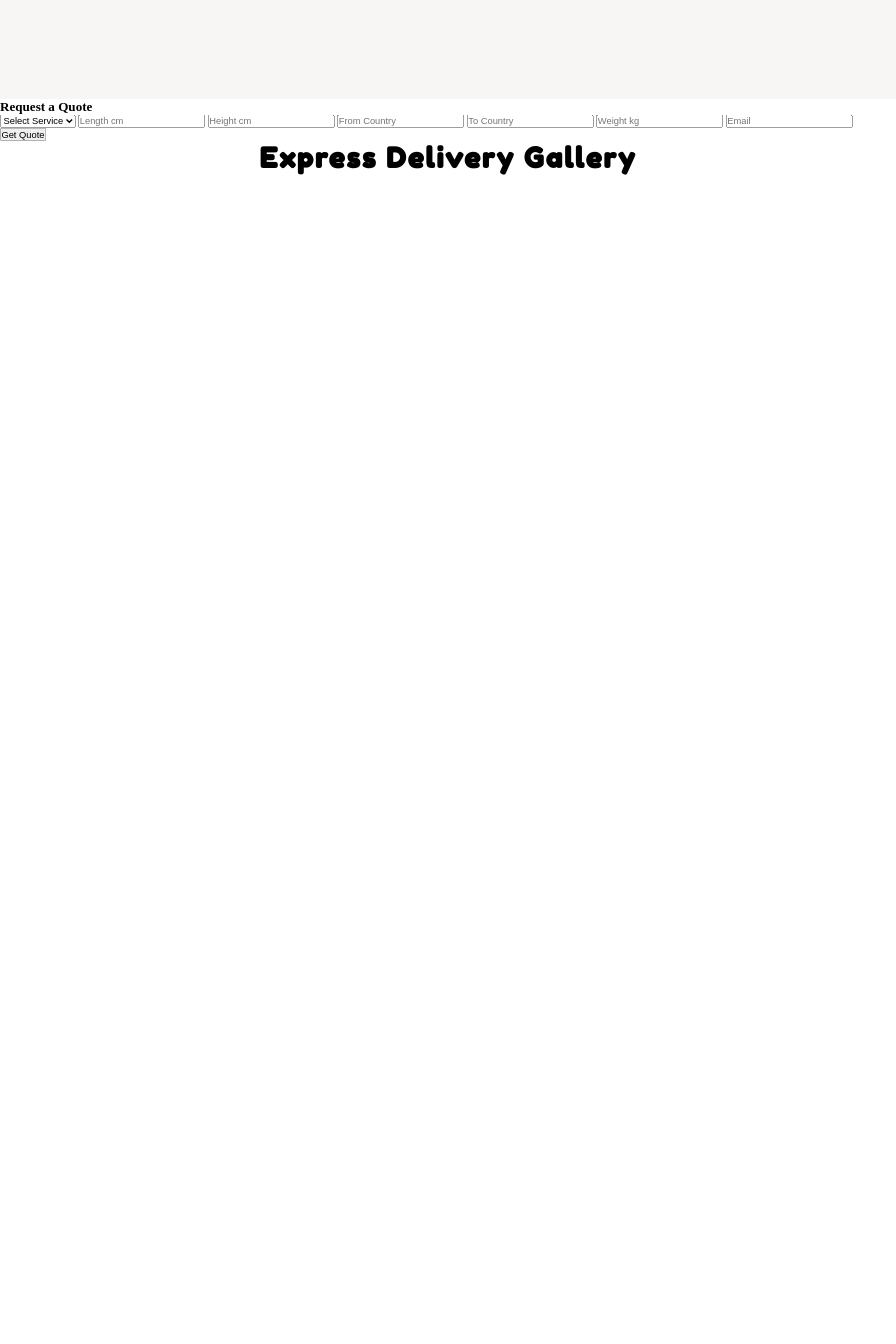
Repository: just-mann/express-delivery
Page: index.html
An editor plug-in stored every save of this project. The page is shown before and after the next save, followed by the edit.
The browser window is 1280 px wide. The pictures show the part of the page from y = 1301 to 3221 px (the page is 4295 px tall before and 3039 px after), at 70% of full size.
The style sheet was rebuilt from its Sass, Less or Tailwind sources for each picture, by a compiler version that may differ from the author's.

Above is the page before, as saved 2021-06-30 15:42:36.

### index.html
<!DOCTYPE html>
<html lang="en">
<head>
    <meta charset="UTF-8">
    <meta http-equiv="X-UA-Compatible" content="IE=edge">
    <meta name="viewport" content="width=device-width, initial-scale=1.0">
    <meta name="author" content="Justin Kollie">
    <meta name="description" content="Reliable shipping solutions across the U.S.">
    <link rel="stylesheet" href="/css/style.css">
    <link rel="stylesheet" href="https://cdnjs.cloudflare.com/ajax/libs/font-awesome/5.15.3/css/all.min.css" referrerpolicy="no-referrer" />
    <title>Express Delivery | Your trusted delivery system</title>
</head>
<body id="top">
    <header>
        <div class="top-section">
            <p><i class="fas fa-headphones"></i> 401 123 4567</p>
            <p class="emailAdd"><i class="fas fa-envelope"></i> expressdelivery@email.com</p>
            <p><i class="fas fa-map-marker-alt"></i> Providence, RI</p>
        </div>
        <nav>
            <a href="#" class="logo"><span>Express</span>Delivery</a>
            <div class="nav__links">
                <a href="#">Home</a>
                <a href="#">About</a>
                <a href="#">Services</a>
                <a class="quoteGet" href="#contact-us">Get a Quote</a>
            </div>
        </nav>
        <section class="hero__div">
            <div class="hero__section">
                <div class="hero__overlay">
                    <h2>Express Delivery</h2>
                    <p class="firstPara">Lorem ipsum, dolor sit amet consectetur adipisicing elit. Cumque, numquam.</p>
                    <p class="secondPara">Lorem ipsum dolor sit amet.</p>
                    <a href="#aboutUs">Scroll Down</a>
                </div>
            </div>
        </section>
    </header>
    <section class="product__description">

    </section>
    <section class="aboutUs" id="aboutUs">
        <h3>About Express Delivery</h3>
        <p>
            Lorem ipsum dolor sit amet consectetur adipisicing elit.
            Repellat consectetur alias sed dolores aspernatur asperiores!
        </p>
        <div class="about__card-div">
            <div class="card">
                <div class="imgDiv">
                    <img src="/images/container_ship.jpg" alt="card1">
                </div>
                <div>
                    <h4>Lorem ipsum dolor sit.</h4>
                    <h6>Lorem, ipsum.</h6>
                    <p>
                        Lorem ipsum dolor sit amet, consectetur adipisicing elit.
                        Laboriosam a excepturi minima tenetur error magnam incidunt
                        et expedita quo eveniet maxime sint, placeat modi nemo!
                    </p>
                </div>
            </div>
            <div class="card">
                <div class="imgDiv">
                    <img src="/images/container_ship.jpg" alt="card1">
                </div>
                <div>
                    <h4>Lorem ipsum dolor sit.</h4>
                    <h6>Lorem, ipsum.</h6>
                    <p>
                        Lorem ipsum dolor sit amet, consectetur adipisicing elit.
                        Laboriosam a excepturi minima tenetur error magnam incidunt
                        et expedita quo eveniet maxime sint, placeat modi nemo!
                    </p>
                </div>
            </div>
            <div class="card">
                <div class="imgDiv">
                    <img src="/images/container_ship.jpg" alt="card1">
                </div>
                <div>
                    <h4>Lorem ipsum dolor sit.</h4>
                    <h6>Lorem, ipsum.</h6>
                    <p>
                        Lorem ipsum dolor sit amet, consectetur adipisicing elit.
                        Laboriosam a excepturi minima tenetur error magnam incidunt
                        et expedita quo eveniet maxime sint, placeat modi nemo!
                    </p>
                </div>
            </div>
        </div>
    </section>
    <section class="contact" id="contact-us">
        <h3>Request a Quote</h3>
        <form action="">
            <select name="services" id="services">
                <option>Select Service</option>
                <option value="service1">Service 1</option>
                <option value="service2">Service 2</option>
                <option value="service3">Service 3</option>
                <option value="service4">Service 4</option>
            </select>
            <input type="text" placeholder="Length cm">
            <input type="text" placeholder="Height cm">
            <input type="text" name="country-from" id="country-from" placeholder="From Country">
            <input type="text" name="country-to" id="country-to" placeholder="To Country">
            <input type="text" name="weight" id="weight" placeholder="Weight kg">
            <input type="email" name="email" id="email" placeholder="Email">
            <input type="submit" value="Get Quote">
        </form>
    </section>
    <section class="gallery">
        <h3>Express Delivery Gallery</h3>
        <div class="gallery__div">
            <li><img src="https://placehold.co/150x150"></li>
            <li><img src="https://placehold.co/150x150"></li>
            <li><img src="https://placehold.co/150x150"></li>
            <li><img src="https://placehold.co/150x150"></li>
            <li><img src="https://placehold.co/150x150"></li>
            <li><img src="https://placehold.co/150x150"></li>
            <li><img src="https://placehold.co/150x150"></li>
            <li><img src="https://placehold.co/150x150"></li>
            <li><img src="https://placehold.co/150x150"></li>
            <li><img src="https://placehold.co/150x150"></li>
            <li><img src="https://placehold.co/150x150"></li>
            <li><img src="https://placehold.co/150x150"></li>
            <!-- <li><img src="https://placehold.co/10x10"></li> -->
        </div>
    </section>
    <footer class="footer">
        <section class="footer__top">
            <div class="usefulLinks">
                <h4>Useful Links</h4>
                <li>Home</li>
                <li>About Us</li>
                <li>Services</li>
                <li>Contact Us</li>
            </div>
            <div>
                <h3>Express Delivery</h3>
                <p>
                    Lorem ipsum dolor sit amet consectetur adipisicing elit. Ab, at!
                </p>
                <div class="social__links">
                    <a href="#"><i class="fab fa-facebook-f"></i></a>
                    <a href="#"><i class="fab fa-instagram"></i></a>
                    <a href="#"><i class="fab fa-whatsapp"></i></a>
                </div>
            </div>
        </section>
        <section class="footer__bottom">
            <p>Copyright&copy Express Delivery | All Rights Reserved</p>
        </section>
    </footer>
</body>
</html>

### Sass/style.scss
@import 'reset';
@import 'default__styles';
@import 'mixins';

body {
    position: relative;
}


header {
    .top-section {
        background: $secondary__color;
        color: $light__white;
        display: flex;
        justify-content: flex-start;
        align-items: center;
        // padding: 15px 0px;
        @include my_container;
        height: 45px;

        p {
            font-family: $third__font;
            font-size: 0.87rem;
            color: $dark__white;
            letter-spacing: 0.3px;
            margin: 0 10px;

            .emailAdd {
                border-left: 1px solid red;
                border-right: 1px solid red;
            }

            i {
                transition: 0.7s;
            }



            &:hover {
                i {
                    color: $primary__color;
                }
            }
        }
    }

    nav {
        // position: sticky;
        // top: 0;
        // left: 0;
        @include my_container;
        width: 100%;
        height: 95px;
        // padding: 0px 35px;
        background: $light__white;
        display: flex;
        justify-content: space-between;
        align-items: center;

        .logo {
            font-size: 2.3rem;
            color: $primary__color;
            font-weight: 450;
            letter-spacing: 1px;
            font-family: $primary__font;
            span {
                color: $secondary__color;
            }
        }

        .nav__links {
            a {
                color: $secondary__color;
                font-size: 1rem;
                margin: 0 15px;
                transition: 0.5s;
                font-family: $secondary__font;
                font-weight: 150;
                letter-spacing: 0.5px;

                &:hover {
                    color: $primary__color;
                }

            }

            .quoteGet {
                @include btn_style;
            }
        }
    }

    .hero__div {
        height: 90vh;
        z-index: 0;
        .hero__section {
            width: 100%;
            height: 100%;
            display: flex;
            justify-content: center;
            align-items: center;
            background: url('/images/heroImg.jpg') no-repeat center center / cover;

            .hero__overlay {
                // display: none;
                background: rgba(0, 0, 0, 0.678);
                height: 100%;
                width: 100%;
                display: flex;
                align-items: center;
                justify-content: center;
                flex-direction: column;
                color: $light__white;
                text-align: center;

                h2 {
                    font-size: 5rem;
                    margin-top: 30px;
                    font-family: $secondary__font;
                    font-weight: 90;
                }

                .firstPara {
                    font-family: $third__font;
                    font-size: 1.2rem;
                    font-weight: 300;
                    line-height: 1.4em;
                    margin: 30px 0px 6px 0px;
                    color: $dark__white;
                }
                .secondPara {
                    font-family: $third__font;
                    font-size: 1rem;
                    font-weight: 300;
                    line-height: 1.4em;
                    margin: 5px 0px;
                    color: $dark__white;
                }

                a {
                    @include btn_style;
                    margin: 80px 0px 5px 0px;
                }
            }
        }
    }
}





// About Us
.aboutUs {
    // @include my_container;
    max-width: 100%;
    min-height: 50vh;
    text-align: center;
    margin: 0px auto;
    padding-top: 30px;
    padding-bottom: 15px;
    background: rgb(248, 245, 245);

    h3 {

    }

    p {

    }

    .about__card-div {
        // background: yellow;
        max-width: 100%;
        margin: 0 auto;
        padding: 25px;
        display: grid;
        justify-content: center;
        align-items: center;
        grid-template-columns: repeat(3, 300px);

        .card {
            min-height: 500px;
            margin: 10px 20px;
            text-align: center;
            &:hover {
                // @include divShadow;
            }

            .imgDiv {
                min-height: 30%;
                padding: 0px;
            }

            img {
                width: 100%;
                min-height: 100%;
                object-fit: cover;
            }

            div {
                padding: 15px;
                margin: 0 auto;
                text-align: left;
                background: $dark__white;

                h4 {
                    font-size: 1.3rem;
                }

                h6 {

                }

                p {

                }
            }
        }
    }
}

.gallery {
    // padding: 35px;
    // min-height: 80vh;
    text-align: center;

    h3 {
        font-family: $secondary__font;
        font-size: 2.5rem;
        // text-align: center;
        letter-spacing: 2.5px;
    }

    .gallery__div {
        @include ClearFix;
        margin: 100%;
        background: yellow;
        li {
            @include grid(4, 2%);

            img {
                width: 100%;
            }
        }
    }



}

### Sass/default__styles.scss
// Google Fonts
@import url('https://fonts.googleapis.com/css2?family=Abel&family=Dancing+Script:wght@300&family=Fredoka+One&family=Permanent+Marker&family=Red+Hat+Text:wght@300&family=Roboto:wght@100&family=Sacramento&display=swap');



// Styles for items like buttons, links, lists, and colors, fonts, etc..

// Variables
$primary__color: #F34963;
$secondary__color: #560c88;
$light__white: #ffffff;
$dark__white: #d1d1d1;
$primary__font: 'Permanent Marker', cursive;
$secondary__font: 'Fredoka One', cursive;
$third__font: 'Red Hat Text', sans-serif;








html {
    scroll-behavior: smooth;
}

a {
    text-decoration: none;
}

ul, li {
    list-style: none;
}

### Sass/mixins.scss
// Button Mixin
@mixin btn_style {
    border: none;
    background: $primary__color;
    color: $light__white;
    padding: 10px 15px;
    font-family: $secondary__font;
    font-weight: 150;
    letter-spacing: 1px;

    &:hover {
        color: $light__white;
        cursor: pointer;
    }
}

@mixin divShadow {
    box-shadow: -1px -3px 46px 16px rgba(0,0,0,0.23);
        -webkit-box-shadow: -1px -3px 46px 16px rgba(0,0,0,0.23);
        -moz-box-shadow: -1px -3px 46px 16px rgba(0,0,0,0.23);
}

@mixin my_container {
    padding: 0px 60px;
}

// ClearFix
@mixin ClearFix {
    &:after {
        content: "";
        display: block;
        clear: both;
    }
}


// Grid Mixin
@mixin grid($cols, $mgn) {
    // @include ClearFix;
    float: left;
    margin-left: $mgn;
    margin-bottom: $mgn;
    width: ((100% - (($cols - 1) * $mgn)) / $cols);
    &::nth-child(#{$cols}n) {
        margin-right: 0;
    }
}

Loaded but not shown: Sass/reset.scss (common file)

After the next save:
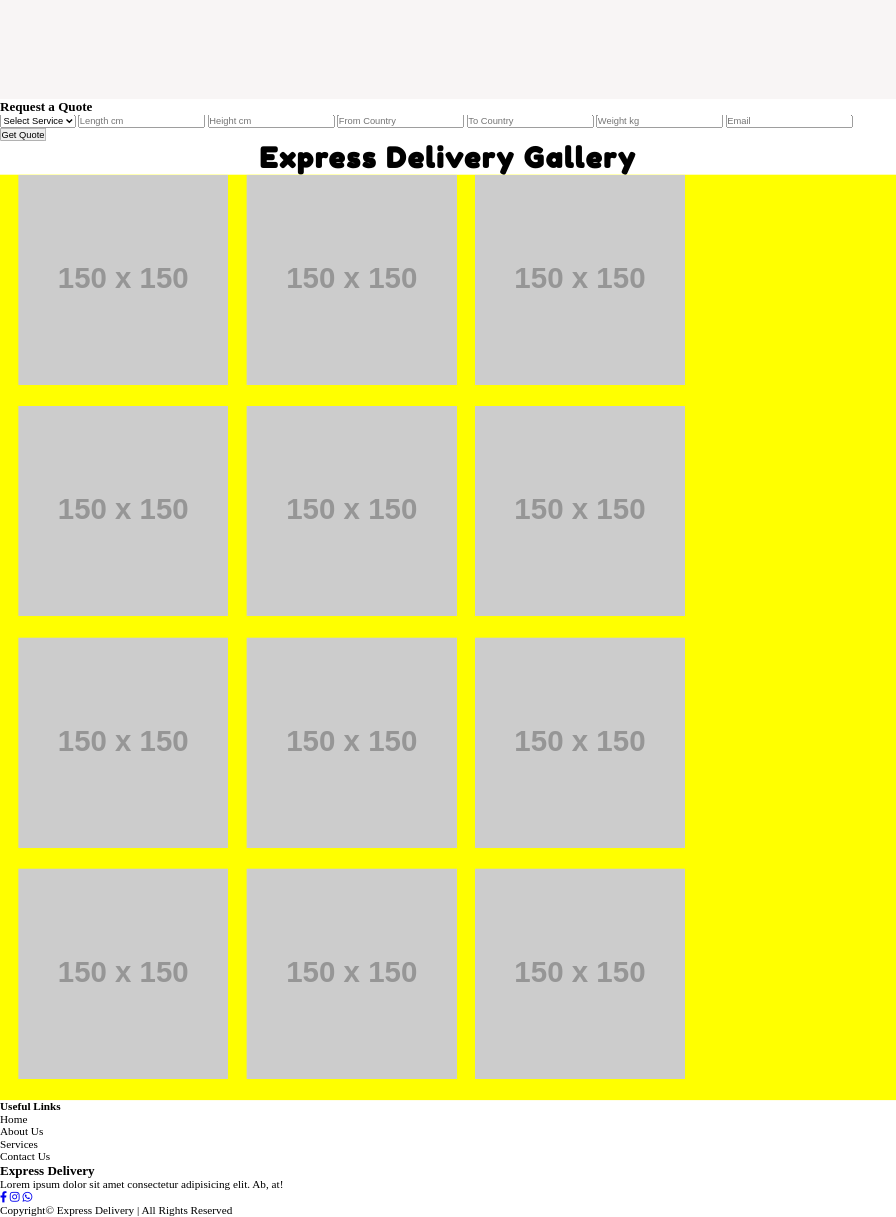
Saved 44 s later.
--- a/Sass/style.scss
+++ b/Sass/style.scss
@@ -234,7 +234,7 @@
 
     .gallery__div {
         @include ClearFix;
-        margin: 100%;
+        // margin: 100%;
         background: yellow;
         li {
             @include grid(4, 2%);

After the save that followed:
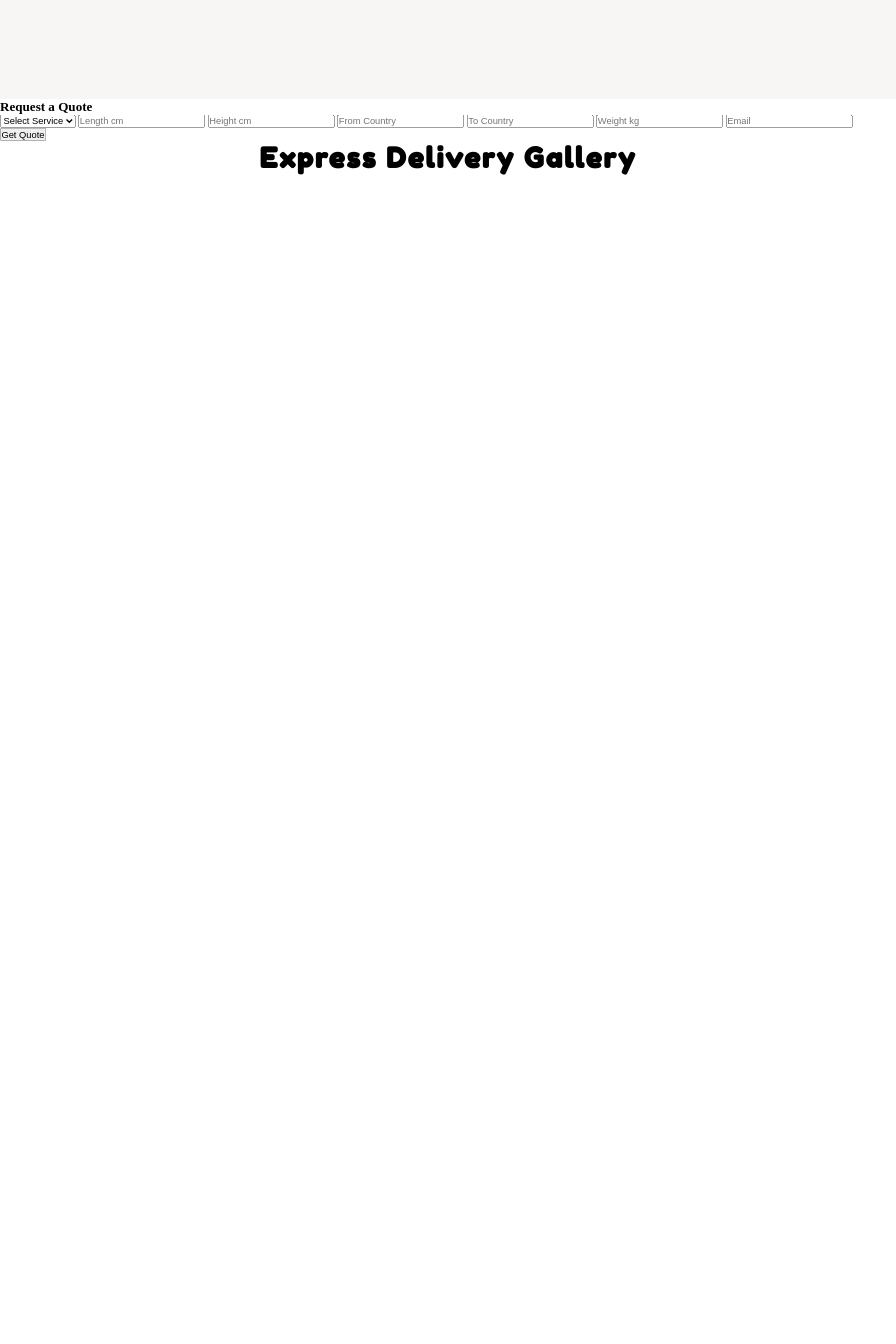
Saved 5 s later.
--- a/Sass/style.scss
+++ b/Sass/style.scss
@@ -234,7 +234,7 @@
 
     .gallery__div {
         @include ClearFix;
-        // margin: 100%;
+        margin: 100%;
         background: yellow;
         li {
             @include grid(4, 2%);
